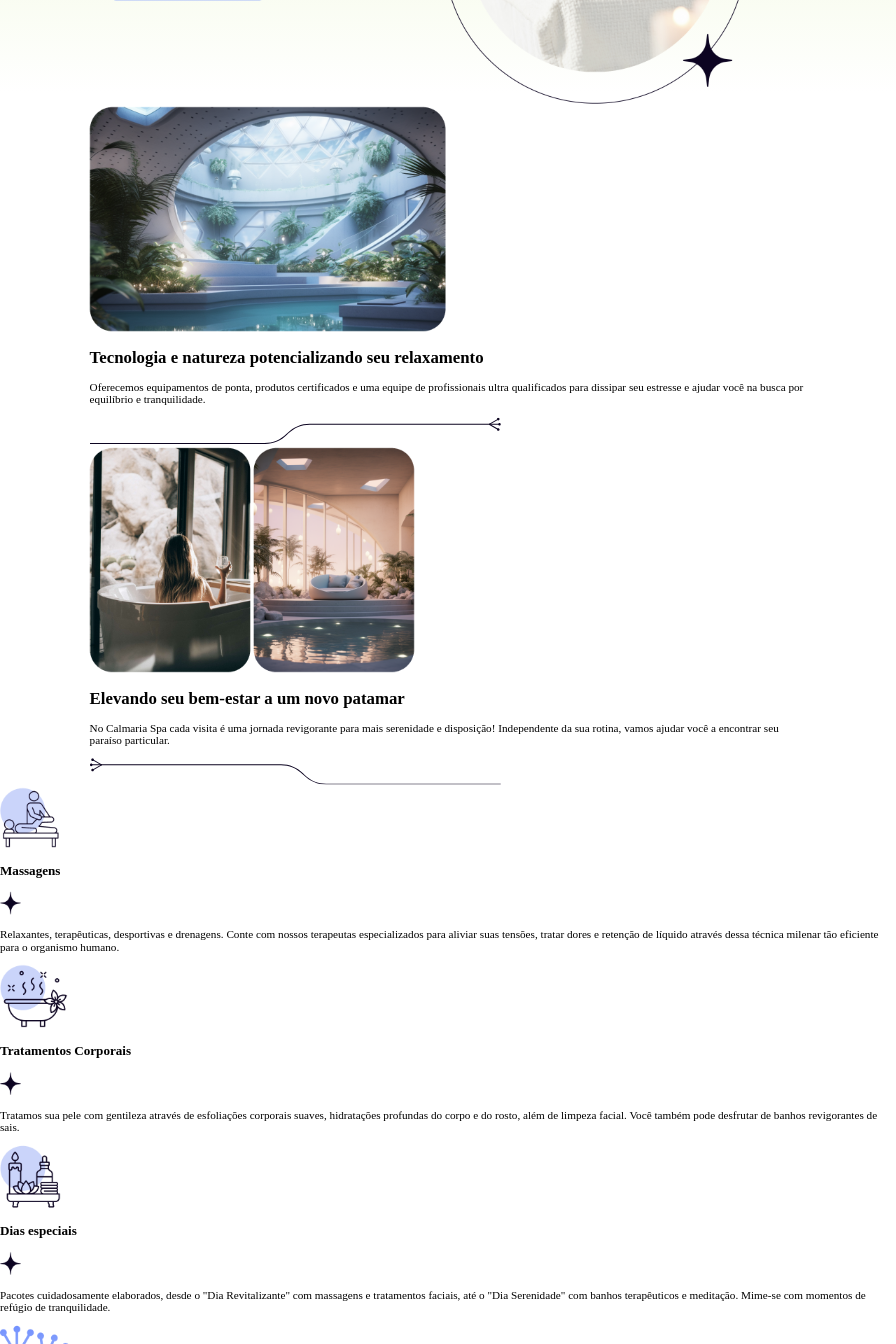
Repository: joaoPraiaJunior/curso-sass
Page: index.html
The author's editor kept a copy of each file at every save. The page is drawn from the files as they stood at one save, then again after the next save.
The browser window is 1280 px wide. The pictures show the part of the page from y = 666 to 2586 px (the page is 3920 px tall before and 3922 px after), at 70% of full size.
Some web fonts or font styles are not loaded; a fallback is used. The style sheet was rebuilt from its Sass, Less or Tailwind sources for each picture, by a compiler version that may differ from the author's.

Above is the page before, as saved 2024-07-04 23:18:03.

### index.html
<!DOCTYPE html>
<html lang="pt-BR">

<head>
    <meta charset="UTF-8">
    <meta name="viewport" content="width=device-width, initial-scale=1.0">
    <link rel="stylesheet" href="/styles/styles.css">
    <link rel="preconnect" href="https://fonts.googleapis.com">
    <link rel="preconnect" href="https://fonts.gstatic.com" crossorigin>
    <link href="https://fonts.googleapis.com/css2?family=Krona+One&family=Montserrat:wght@400;600;700&display=swap" rel="stylesheet">
    <title>Calmaria</title>
</head>

<body>
    <header>
        <img src="./assets/logo.png" alt="logo">
        <nav>
            <ul>
                <li><a href="#nosso-espaco">Nosso espaço</a></li>
                <li><a href="#servico">Servicos</a></li>
                <li><a href="#contatos">Contato</a></li>
            </ul>
        </nav>
    </header>
    <main>
        <section id="home">
            <div class="home-conteudo">
                <div class="textos-home">
                    <h1>Boas-vindas ao seu refúgio de <span> paz e bem-estar</span></h1>
                    <button class="btn-main">Quero relaxar!</button>
                </div>
                <div class="img-home">
                    <img src="/assets/home-image.png" alt="Mulher de bruços recebendo massagem nas costas">
                </div>
            </div>
        </section>
        <section id="nosso-espaco">
            <div class="detalhes">
                <div class="imgs-espaco">
                    <img class="img-espaco" src="/assets/espaco-1.png" alt="Espaço iluminado pelo sol com design futurista composto por piscina e plantas">
                </div>
                <div class="espaco-textos">
                    <h2 class="titulo">Tecnologia e natureza potencializando seu relaxamento</h2>
                    <p class="infos">Oferecemos equipamentos de ponta, produtos certificados e uma equipe de
                        profissionais ultra qualificados para dissipar seu estresse e ajudar você na busca por
                        equilíbrio e tranquilidade.</p>
                    <img class="separador" src="./assets/separador-direita.svg" alt="separador de seções">
                </div>
            </div>
            <div class="detalhes">
                <div class="imgs-espaco">
                    <img class="img-espaco" src="/assets/espaco-2.png" alt="Mulher sentada numa banheira com uma taça na mão">
                    <img class="img-espaco" src="/assets/espaco-3.png" alt="Espaço com uma piscina e um sofá ao fundo">
                </div>
                <div class="espaco-textos">
                    <h2 class="titulo">Elevando seu bem-estar a um novo patamar</h2>
                    <p class="infos">No Calmaria Spa cada visita é uma jornada revigorante para mais serenidade e
                        disposição! Independente da sua rotina, vamos ajudar você a encontrar seu paraíso
                        particular.</p>
                    <img class="separador" src="./assets/separador-esquerda.svg" alt="separador de seções">
                </div>
            </div>
        </section>
        <section id="servico">

            <div class="cards">
                <div class="card">
                    <img src="/assets/icon-massagem.png" alt="Icone de massagem">
                    <h3 class="card-titulo">Massagens</h3>
                    <img src="./assets/Soft-Star.png" alt="soft star">
                    <p class="card-texto">Relaxantes, terapêuticas, desportivas e drenagens. Conte com nossos
                        terapeutas especializados para aliviar suas tensões, tratar dores e retenção de líquido
                        através
                        dessa técnica milenar tão eficiente para o organismo humano.</p>
                </div>
                <div class="card">
                    <img src="/assets/icon-tratamentos.png" alt="Icone de tratamento com figura de uma banheira">
                    <h3 class="card-titulo">Tratamentos Corporais</h3>
                    <img src="./assets/Soft-Star.png" alt="soft star">
                    <p class="card-texto">Tratamos sua pele com gentileza através de esfoliações corporais suaves,
                        hidratações profundas do corpo e do rosto, além de limpeza facial. Você também pode
                        desfrutar de
                        banhos revigorantes de sais.</p>
                </div>
                <div class="card">
                    <img src="/assets/icon-dias-especiais.png" alt="Icone de Dias especiais com figura de produtos">
                    <h3 class="card-titulo">Dias especiais</h3>
                    <img src="./assets/Soft-Star.png" alt="soft star">
                    <p class="card-texto">Pacotes cuidadosamente elaborados, desde o "Dia Revitalizante" com
                        massagens e tratamentos faciais, até o "Dia Serenidade" com banhos terapêuticos e meditação.
                        Mime-se com momentos de refúgio de tranquilidade.</p>
                </div>
            </div>

        </section>
        <section id="desconto">
            <img src="/assets/mandala-esquerda.png" alt="Mandala lado esquerdo">
            <div class="desconto-form">
                <h4>Inscreva-se para ganhar descontos!</h4>
                <p>Cadastre seu email para receber descontos e novidades sobre o espaço e nossos serviços.</p>
                <div class="input-btn">
                    <input type="email">
                    <button type="submit">Inscrever</button>
                </div>
            </div>
            <img src="/assets/mandala-direita.png" alt="Mandala lado direito">
        </section>
        <section id="contatos">
            <div class="contatos-imgs">
                <img src="/assets/contato-img-1.png" alt="Homem deitado em banheira">
                <img src="/assets/contato-img-2.png" alt="Mulher olhando para o horizonte dentro de uma banheira">
                <img src="/assets/contato-img-3.png" alt="Visão superior de um livro nas mãos de uma pessoa dentro de uma banheira">
            </div>
            <div class="contatos-form">
                <h4 class="titulo">Entre em contato</h4>
                <p class="infos">Reserve seu horário, tire dúvidas ou proponha sugestões, nosso canal é aberto para
                    você!</p>
                <form class="inputs">
                    <div class="form-group">
                        <label for="nomeContato">Nome</label>
                        <input type="text" id="nomeContato" placeholder="Digite nome completo">
                    </div>
                    <div class="form-group">
                        <label for="emailContato">Email</label>
                        <input type="email" id="emailContato" placeholder="Digite seu email">
                    </div>
                    <div class="form-group">
                        <label for="telefoneContato">Telefone</label>
                        <input type="text" id="telefoneContato" placeholder="(xx) xxxxx-xxxx">
                    </div>
                    <div class="form-group">
                        <label for="mensagemContato">Mensagem</label>
                        <textarea id="mensagemContato" placeholder="Escreva sua mensagem"></textarea>
                    </div>
                    <button class="btn">Enviar</button>
                </form>
            </div>
        </section>
    </main>
    <footer>
        <small>Desenvolvido po Alura. Projeto fictício sem fins comerciais.</small>
    </footer>
</body>

</html>

### styles/styles.scss
@use './abstract/root';

@use './components/header';
@use './components/home';
@use './components/nosso-espaco';

### styles/abstract/_root.scss
html {
  font-size: 62.5%;
}

body {
  font-size: 1.6rem;
  margin: 0;
  padding: 0;
  box-sizing: border-box;
}

### styles/components/_header.scss
@use "../abstract/variaveis";
@use "../abstract/mixins";

header {
  display: flex;
  flex-direction: column;
  align-items: center;
  gap: 1.6rem;
  background-color: variaveis.$cor-quaternaria;
  padding: 3.2rem;

  nav {
    border-top: 1px solid variaveis.$cor-primaria;
    width: 80%;

    ul {
      display: flex;
      justify-content: center;
      gap: 4.8rem;
      padding: 0;
      li {
        list-style-type: none;
        a {
            @include mixins.estilos-fontes(variaveis.$ft-textos, 2.2rem, variaveis.$cor-primaria);
          font-weight: 500;
          text-decoration: none;
        }
      }
    }
  }
}

### styles/abstract/_variaveis.scss
//Variáveis
//Cores
$cor-primaria: #0C0421;
$cor-secundaria: #4e75ff;
$cor-terciaria: #85a0ff;
$cor-quaternaria: #E8F5C8;
$cor-default: #CAD4FA;
$gradiente-primario: linear-gradient(180deg, #E8F5C8 0%, #FFFFFF 96.87%);
$gradiente-secundario: linear-gradient(180deg, rgba(255, 255, 255, 0.7) 0%, rgba(202, 212, 250, 0.3) 100%);
//Fontes
$ft-textos: 'Montserrat', sans-serif;
$ft-titulos: 'Krona One', sans-serif;

### styles/abstract/_mixins.scss
@mixin margem-centralizada($width) {
    width: $width;
    margin: 0 auto;
}

@mixin estilos-fontes($font-family, $font-size, $font-color) {
    font-family: $font-family;
    font-size: $font-size;
    color: $font-color;
}

### styles/components/_home.scss
@use "../abstract/variaveis";
@use "../abstract/mixins";

#home {
  background: variaveis.$gradiente-primario;

  .home-conteudo {
    display: flex;
    align-items: center;
    @include mixins.margem-centralizada(80%);
    max-width: 1040px;
    .textos-home {
      max-width: 464px;
      h1 {
        font-family: variaveis.$ft-titulos;
        font-size: 4.2rem;
        color: variaveis.$cor-primaria;
        margin-bottom: 3.2rem;
        span {
          color: variaveis.$cor-secundaria;
        }
      }

      .btn-main {
        font-family: variaveis.$ft-textos;
        font-size: 2.2rem;
        font-weight: 600;
        color: variaveis.$cor-quaternaria;
        background-color: variaveis.$cor-secundaria;
        width: 28rem;
        border: none;
        padding: 2.4rem;
        border-radius: 40px;
        cursor: pointer;
      }
    }

    .img-home {
      max-width: 474px;
      img {
        width: 100%;
      }
    }
  }
}

### styles/components/_nosso-espaco.scss
@use "../abstract/variaveis";
@use "../abstract/mixins";

#nosso-espaco {
    @include mixins.margem-centralizada(80%);
}

After the next save:
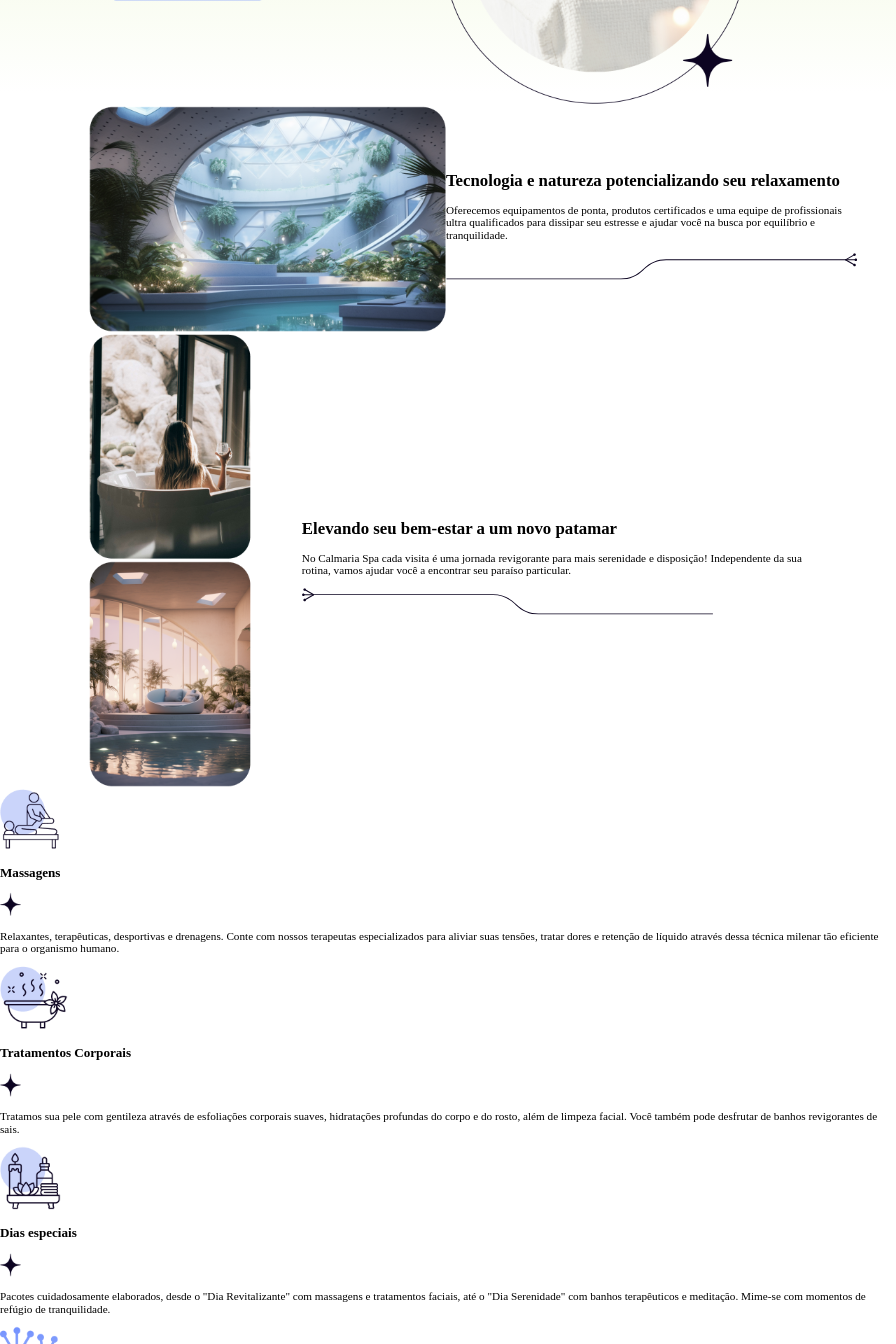
Saved 41 h 36 min later.
--- a/styles/components/_nosso-espaco.scss
+++ b/styles/components/_nosso-espaco.scss
@@ -3,4 +3,9 @@
 
 #nosso-espaco {
     @include mixins.margem-centralizada(80%);
+    .detalhes {
+        display: inline-flex;
+        align-items: center;
+        justify-content: space-around;
+    }
 }
